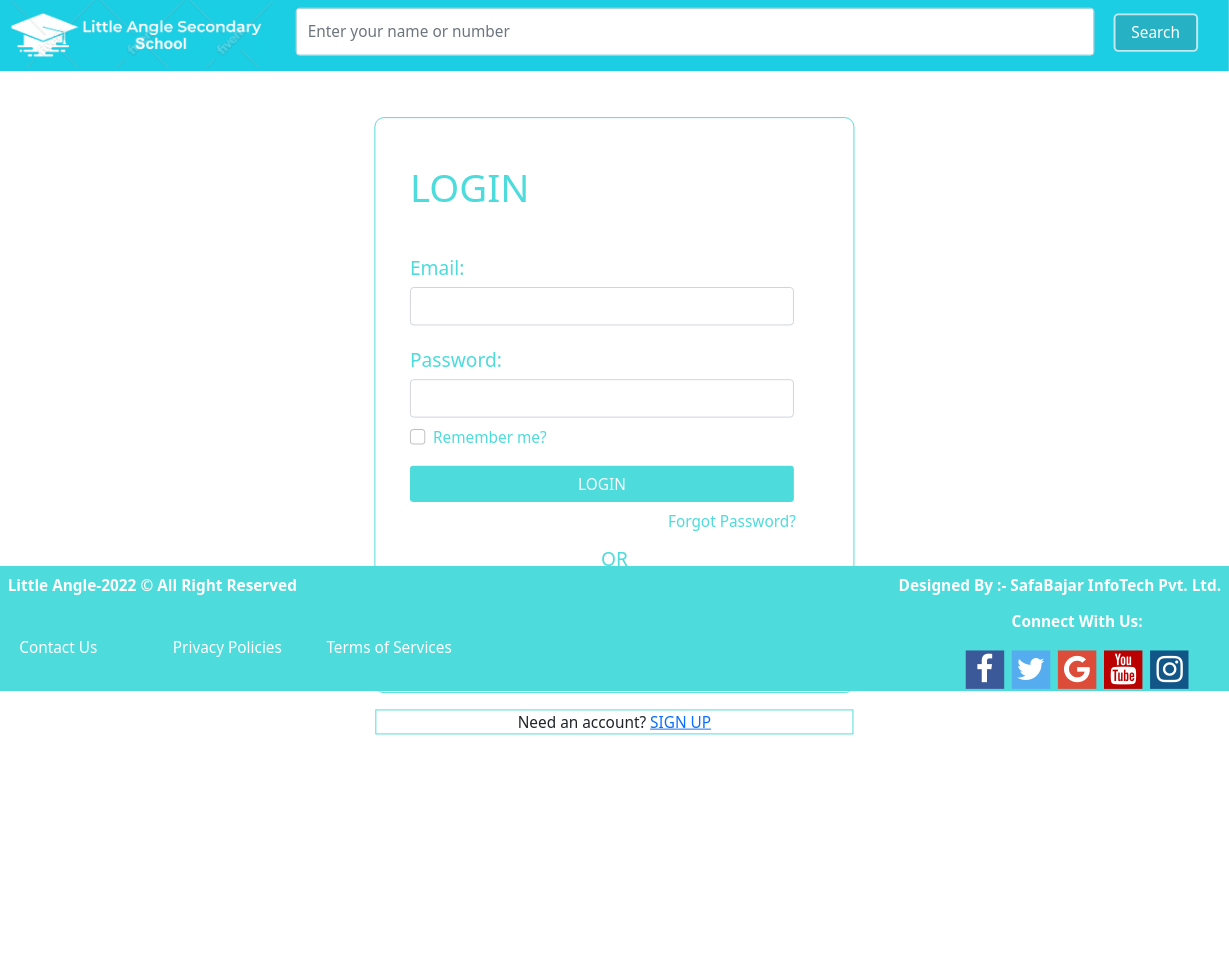
Repository: Sjuicyy/School-Project
Page: login.html
These files come from the project's save history. The page is drawn as it stood at one moment and after the next save; the edit follows.
The browser window is 1280 px wide. The pictures show the whole page, at 96% of full size.

Above is the page before, as saved 2022-09-17 13:35:22.

After the next save:
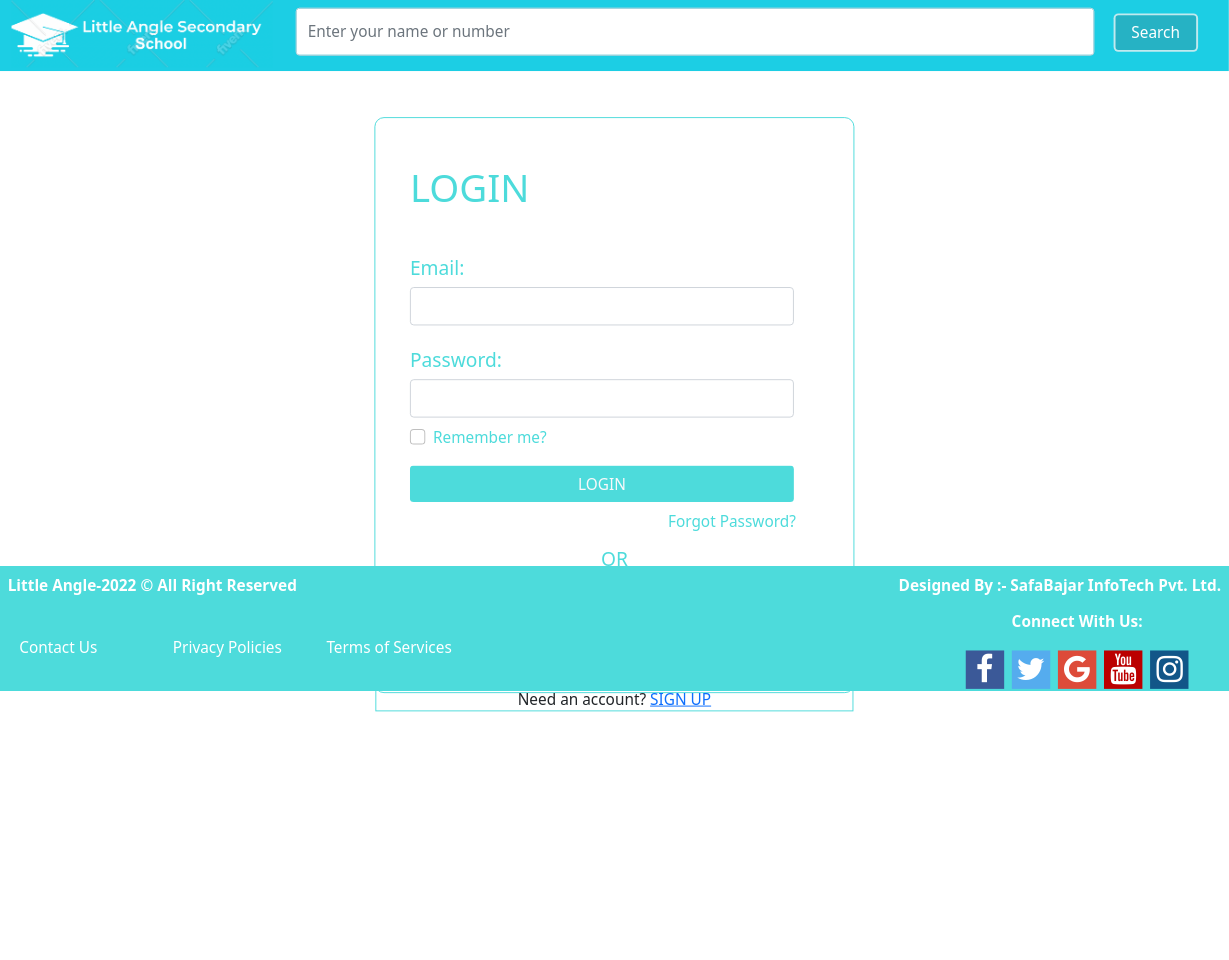
Saved 6 s later.
--- a/login.html
+++ b/login.html
@@ -198,7 +198,7 @@
             <a href="#" class="fa fa1 loginopt fa-twitter"></a>
         </div>
 
-        <div class="row bd mt-5">
+        <div class="row bd mt-4">
             <div class="col text-center">
                 Need an account? <a href=""> SIGN UP</a>
             </div>
